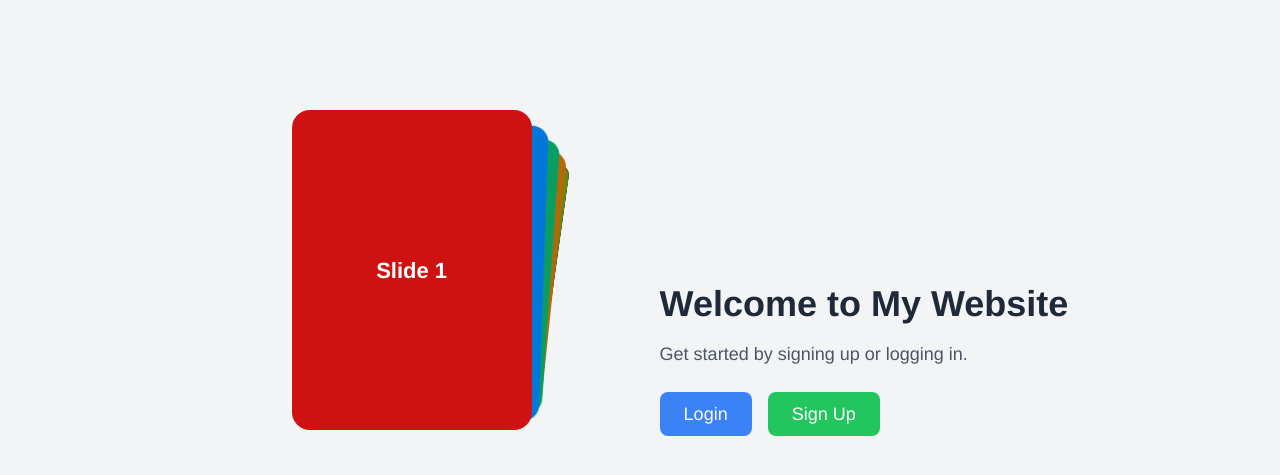
Repository: prathyushaa5/BuyYours
Page: / (app in Frontend/)
The author's editor kept a copy of each file at every save. The page is drawn from the files as they stood at one save, then again after the next save.
The browser window is 1280 px wide. The pictures show the whole page.
The project was rebuilt for these pictures with package versions that can differ from the ones it lists, and the page was loaded fresh each time. Also part of the build but not shown: Frontend/vite.config.js, Frontend/src/components/Login.jsx, Frontend/src/components/Signup.jsx, Frontend/src/components/Home.jsx.

Above is the page before, as saved 2025-02-12 08:32:20.

After the next save:
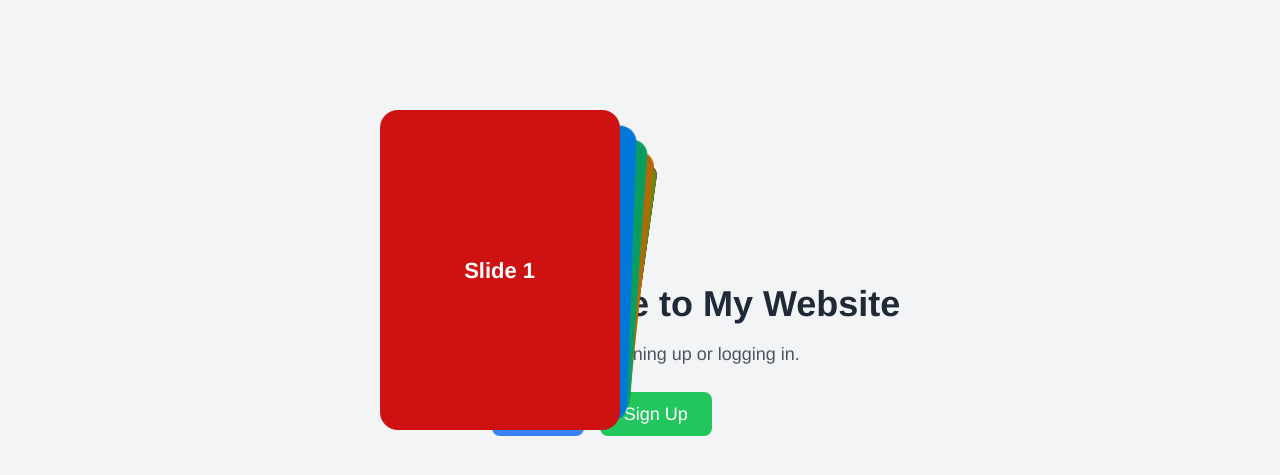
Saved 9 s later.
--- a/Frontend/src/components/Main.jsx
+++ b/Frontend/src/components/Main.jsx
@@ -11,7 +11,7 @@ export default function Main() {
   return (
     <div className="flex items-center justify-center min-h-screen bg-gray-100 p-6">
       {/* Left: Swiper Section */}
-      <div className="w-[400px] h-[500px] mr-12">
+      <div className="w-16 h-[500px] mr-12">
       <Swiper
         effect={'cards'}
         grabCursor={true}
